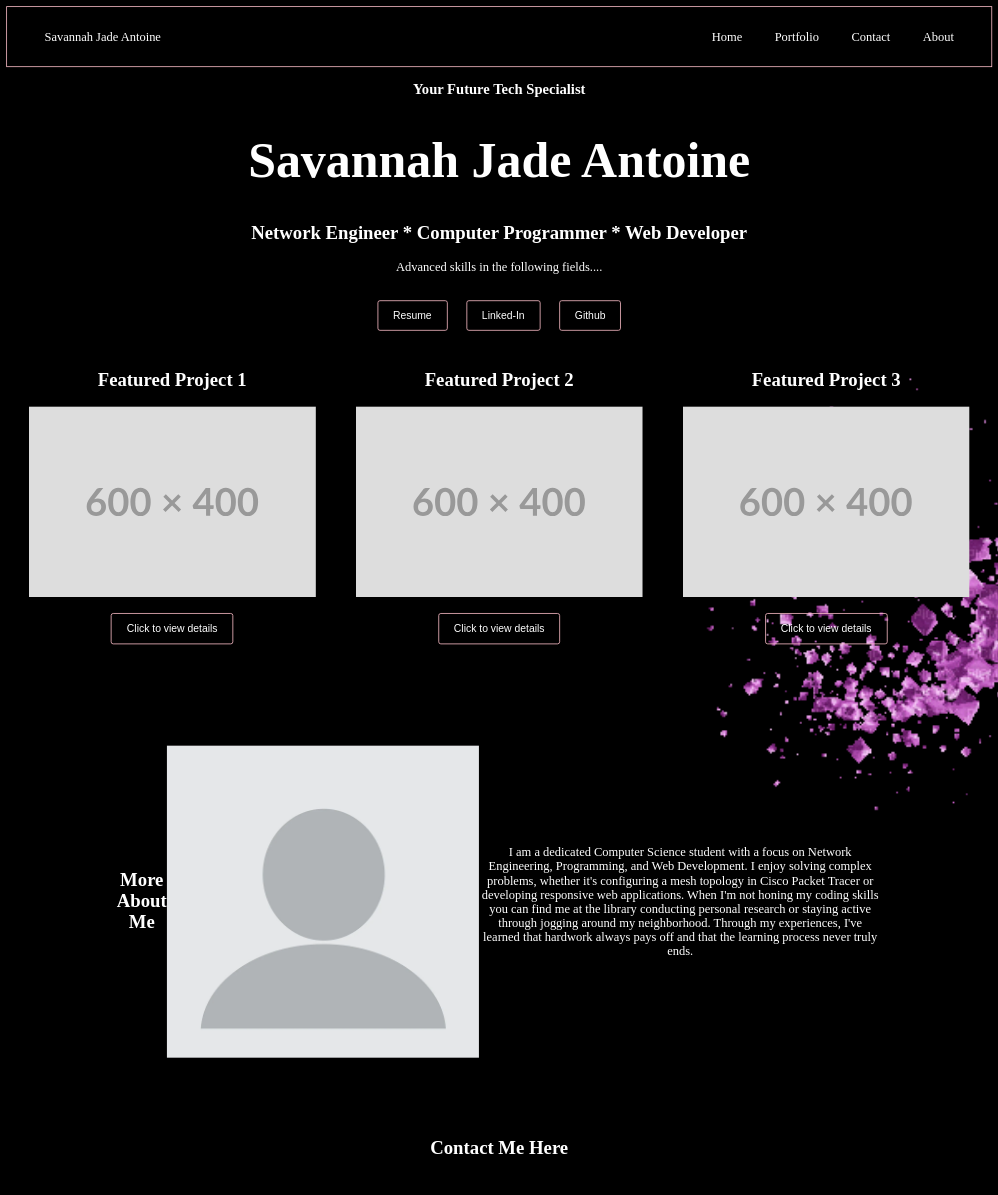
Repository: Savannah-Antoine/Savannah-Antoine
Page: index.html
These files come from the project's save history. The page is drawn as it stood at one moment and after the next save; the edit follows.
The browser window is 1280 px wide. The pictures show the whole page, at 78% of full size.

Above is the page before, as saved 2026-05-15 13:37:25.

After the next save:
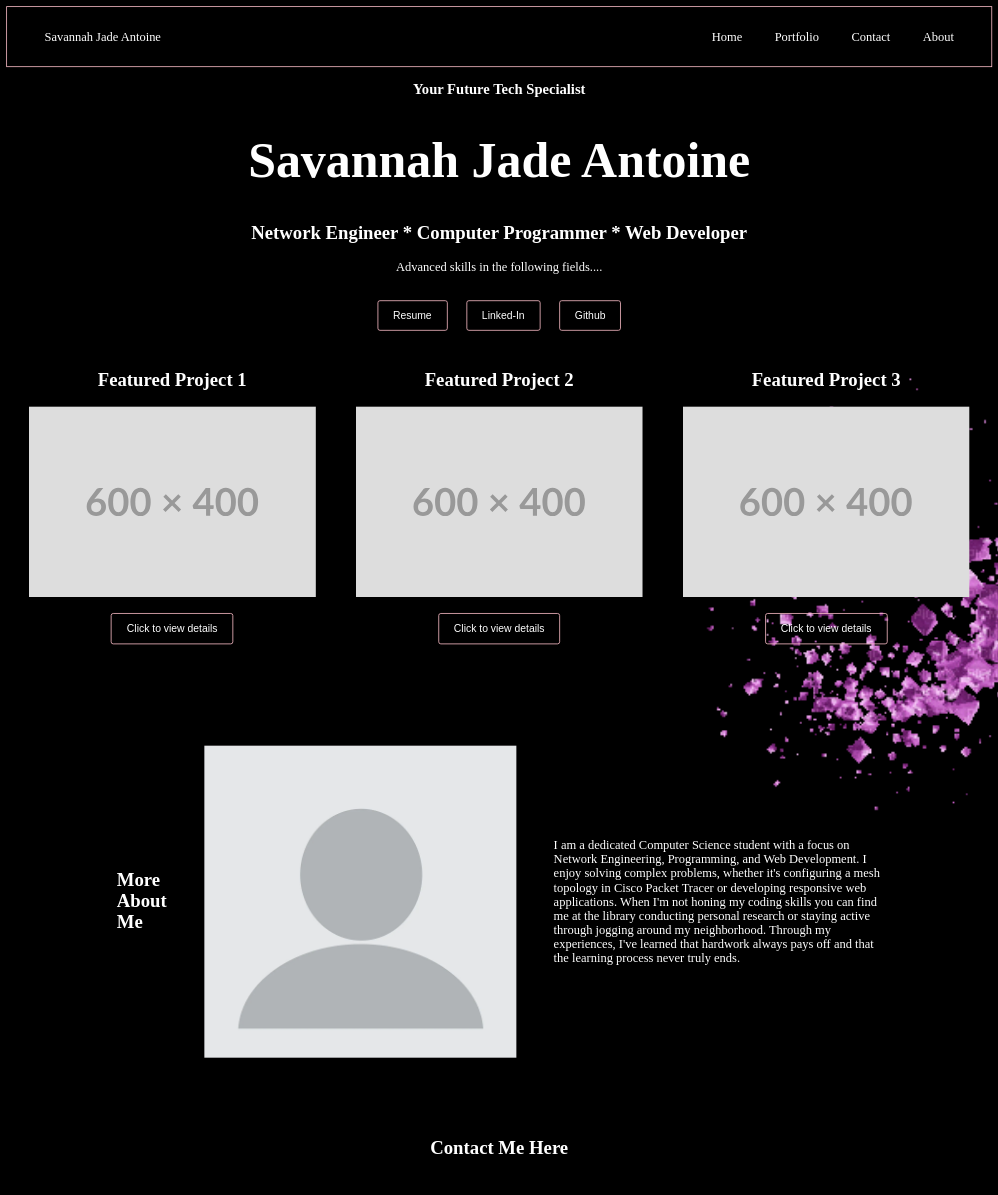
Saved 2 min 13 s later.
--- a/styles/index.css
+++ b/styles/index.css
@@ -42,8 +42,8 @@ img{
     flex-direction: row;      /* Side-by-side */
     align-items: center;       /* Vertically centers image and text */
     justify-content: center;   /* Horizontally centers the whole group */
-    padding: 50px 10%;         /* Breathing room on the sides */
-    text-align: center;
+    gap: 3rem;        /* Breathing room on the sides */
+    text-align: left;
 }
    body h1 {
         font-size: 4rem;
